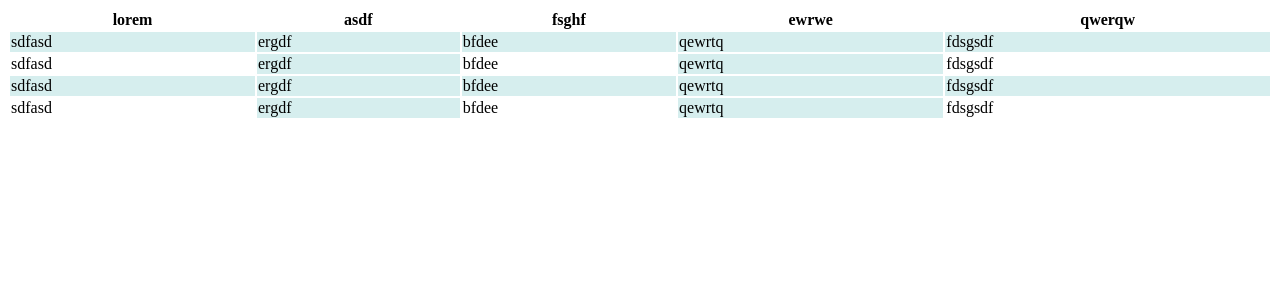
Repository: donggri1/WORKSPACE
Page: WebClass/webPro/src/main/webapp/html/days03/ex07_04.html
An editor plug-in stored every save of this project. The page is shown before and after the next save, followed by the edit.
The browser window is 1280 px wide. The pictures show the whole page.

Above is the page before, as saved 2024-03-26 05:35:20.

### WebClass/webPro/src/main/webapp/html/days03/ex07_04.html
<!DOCTYPE html>
<html>
<head>
<meta charset="UTF-8">
<title>Insert title here</title>
<link rel="shortcut icon" type="image/x-icon" href="http://localhost/webPro/images/SiSt.ico">
<style>
	table{
		width: 100%;
	}
	tr:nth-child(even){ /* tr:nth-child(odd) */
		background-color: #d6eeee;
	}
	td:nth-child(even){
		background-color: #d6eeee;
	}

</style>
</head>
<body>


<table>
	<tr>
		<th>lorem</th>
		<th>asdf</th>
		<th>fsghf</th>
		<th>ewrwe</th>
		<th>qwerqw</th>
	</tr>
	<tr>
		<td>sdfasd</td>
		<td>ergdf</td>
		<td>bfdee</td>
		<td>qewrtq</td>
		<td>fdsgsdf</td>
	</tr>
	<tr>
		<td>sdfasd</td>
		<td>ergdf</td>
		<td>bfdee</td>
		<td>qewrtq</td>
		<td>fdsgsdf</td>
	</tr>
	<tr>
		<td>sdfasd</td>
		<td>ergdf</td>
		<td>bfdee</td>
		<td>qewrtq</td>
		<td>fdsgsdf</td>
	</tr>
	<tr>
		<td>sdfasd</td>
		<td>ergdf</td>
		<td>bfdee</td>
		<td>qewrtq</td>
		<td>fdsgsdf</td>
	</tr>
</table>
</body>
</html>

After the next save:
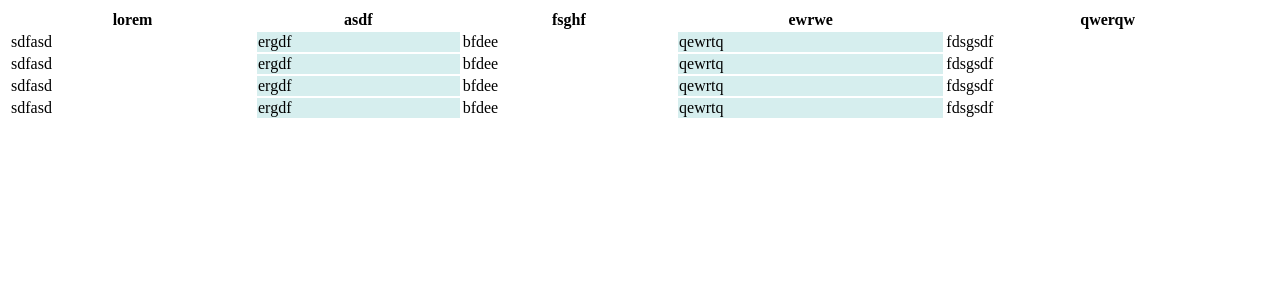
Saved 7 s later.
--- a/WebClass/webPro/src/main/webapp/html/days03/ex07_04.html
+++ b/WebClass/webPro/src/main/webapp/html/days03/ex07_04.html
@@ -9,7 +9,7 @@
 		width: 100%;
 	}
 	tr:nth-child(even){ /* tr:nth-child(odd) */
-		background-color: #d6eeee;
+	/* 	background-color: #d6eeee; */
 	}
 	td:nth-child(even){
 		background-color: #d6eeee;

After the save that followed:
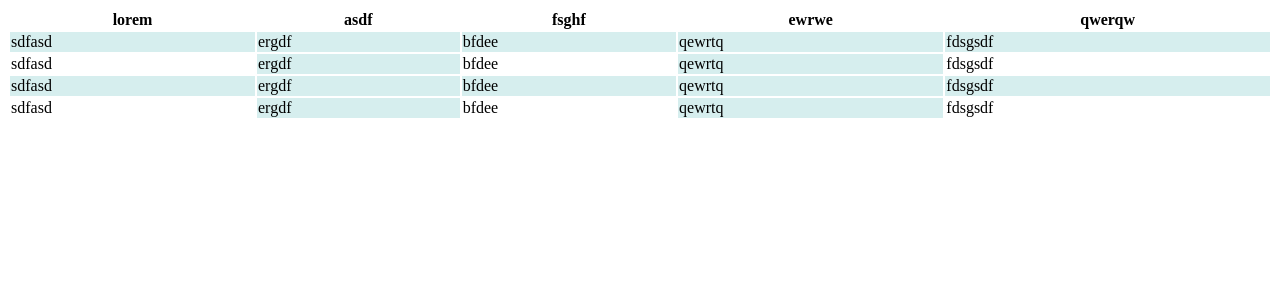
Saved 28 s later.
--- a/WebClass/webPro/src/main/webapp/html/days03/ex07_04.html
+++ b/WebClass/webPro/src/main/webapp/html/days03/ex07_04.html
@@ -9,7 +9,7 @@
 		width: 100%;
 	}
 	tr:nth-child(even){ /* tr:nth-child(odd) */
-	/* 	background-color: #d6eeee; */
+		background-color: #d6eeee;
 	}
 	td:nth-child(even){
 		background-color: #d6eeee;
